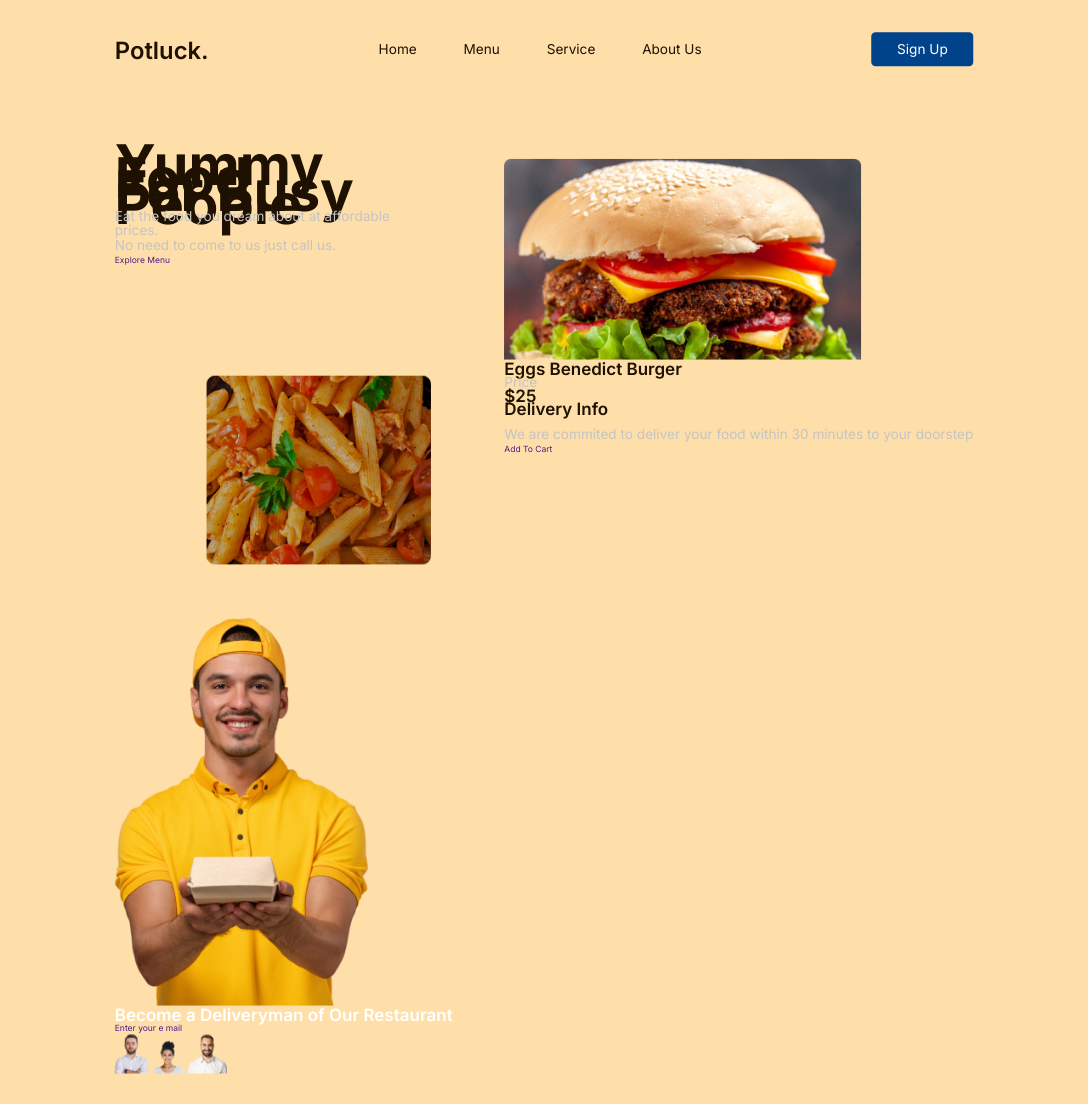
Repository: kien181999/potluck-restaurant-landing
Page: index.html
The author's editor kept a copy of each file at every save. The page is drawn from the files as they stood at one save, then again after the next save.
The browser window is 1280 px wide. The pictures show the whole page, at 85% of full size.
The style sheet was rebuilt from its Sass, Less or Tailwind sources for each picture, by a compiler version that may differ from the author's.

Above is the page before, as saved 2022-06-18 05:42:17.

After the next save:
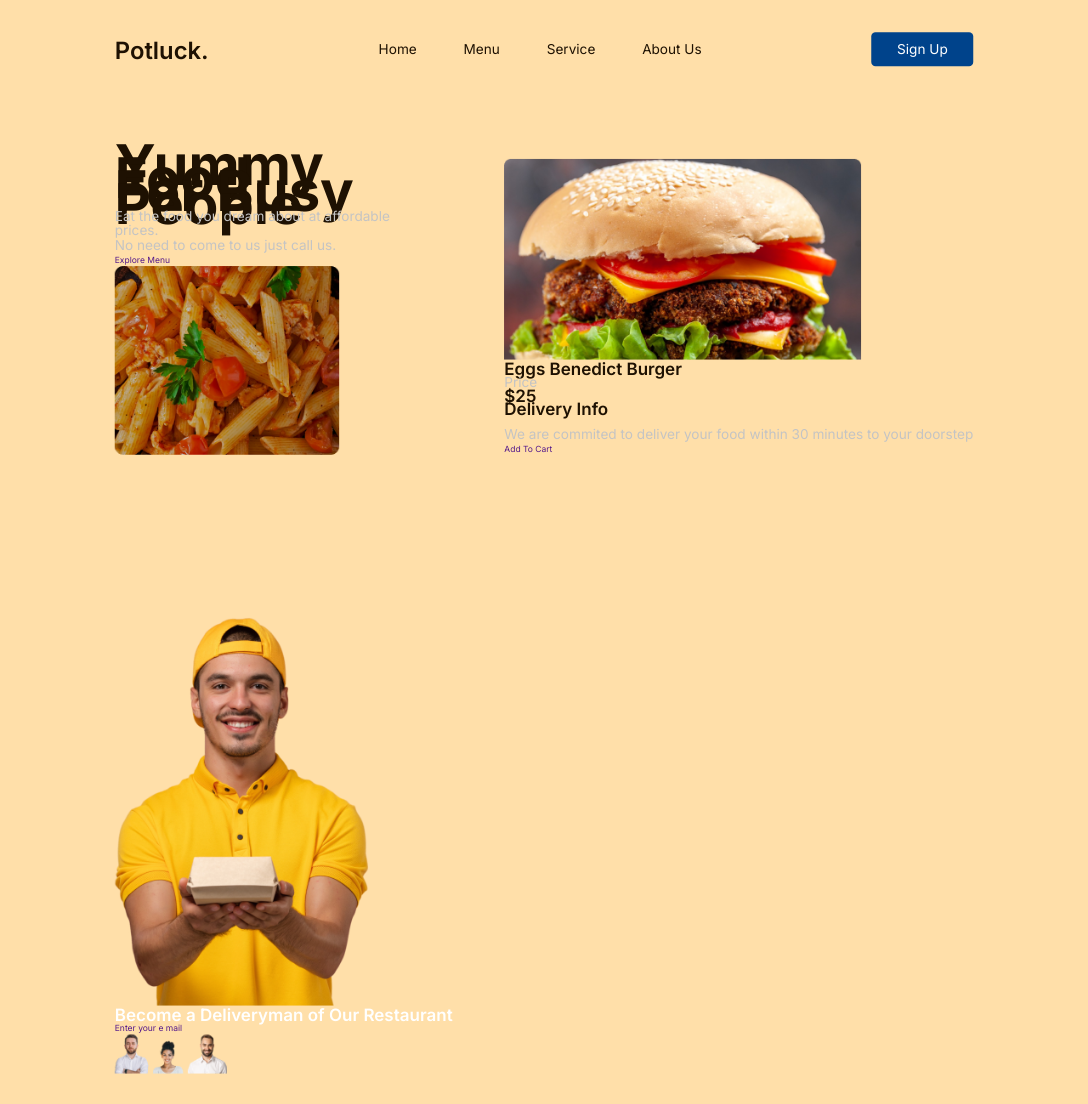
Saved 25 s later.
--- a/sass/_header.scss
+++ b/sass/_header.scss
@@ -27,14 +27,7 @@
         &--text{
             width: 35rem;
             height: 54rem;
-            position: relative;
-            &-img{
-                position: absolute;
-                height: 26.5rem;
-                width: 22.2rem;
-                bottom: 2rem;
-                right: 2rem;
-            }
+
         }
     }
 }
